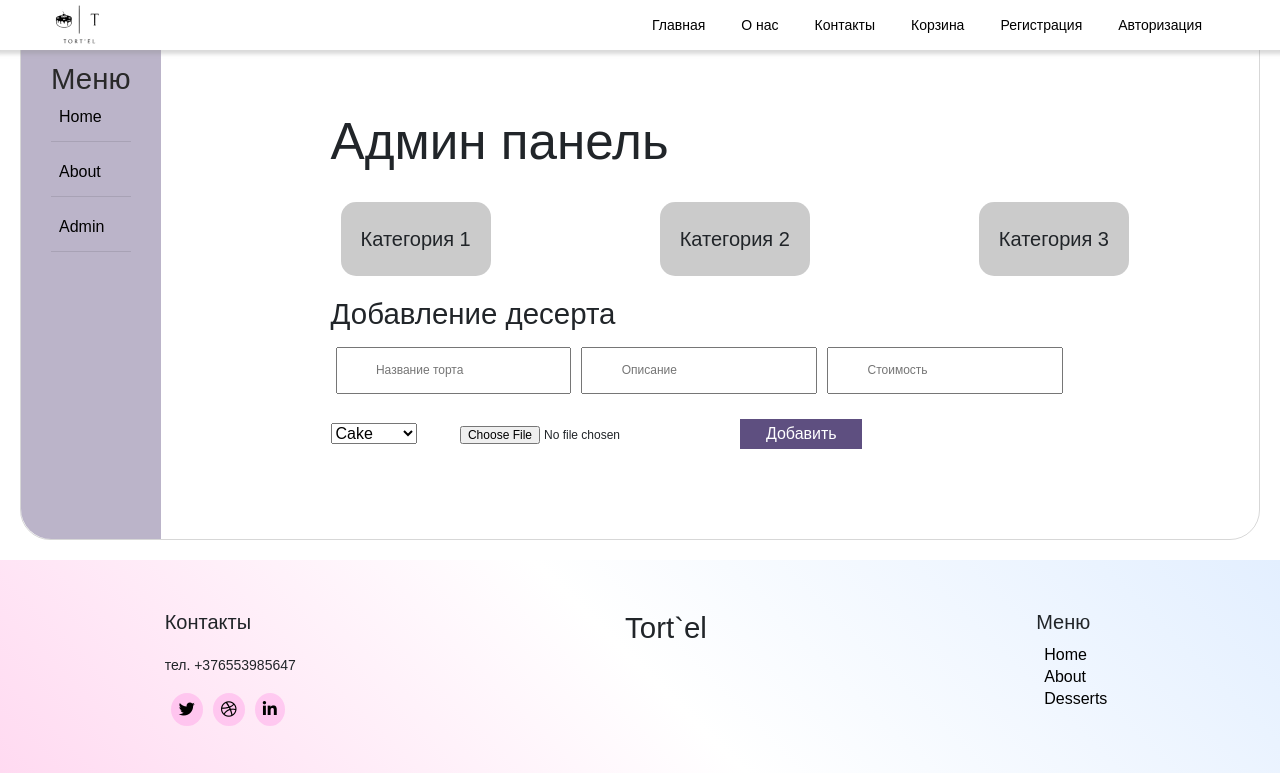
Repository: KseniaEryze/DiplomToday
Page: /admin
The author's editor kept a copy of each file at every save. The page is drawn from the files as they stood at one save, then again after the next save.
The browser window is 1280 px wide. The pictures show the whole page.
The page's requests for data from a server got no answer. The project was rebuilt for these pictures with package versions that can differ from the ones it lists, and the page was loaded fresh each time. No one was signed in, and anything a server would have sent is missing. Also part of the build but not shown: src/App.css, src/components/Slider/Slider.jsx, src/pages/About/about.css, src/components/Galery/main.css, src/components/Galery/Gallery.jsx, src/pages/About/About.jsx, src/components/Categories/categories.css, src/components/Categories/Categories.jsx and 18 more.

Above is the page before, as saved 2024-09-25 10:29:13.

### public/index.html
<!DOCTYPE html>
<html lang="en">
  <head>
    <meta charset="utf-8" />
    <link rel="stylesheet" href="https://stackpath.bootstrapcdn.com/bootstrap/4.1.3/css/bootstrap.min.css" integrity="sha384-MCw98/SFnGE8fJT3GXwEOngsV7Zt27NXFoaoApmYm81iuXoPkFOJwJ8ERdknLPMO" crossorigin="anonymous">
    <link rel="stylesheet" href="https://cdnjs.cloudflare.com/ajax/libs/font-awesome/5.15.1/css/all.min.css" integrity="sha512-+4zCK9k+qNFUR5X+cKL9EIR+ZOhtIloNl9GIKS57V1MyNsYpYcUrUeQc9vNfzsWfV28IaLL3i96P9sdNyeRssA==" crossorigin="anonymous" />

    <link rel="icon" href="%PUBLIC_URL%/favicon.ico" />
    <meta name="viewport" content="width=device-width, initial-scale=1" />
    <meta name="theme-color" content="#000000" />
    <meta
      name="description"
      content="Web site created using create-react-app"
    />
    <link rel="apple-touch-icon" href="%PUBLIC_URL%/logo192.png" />
    <!--
      manifest.json provides metadata used when your web app is installed on a
      user's mobile device or desktop. See https://developers.google.com/web/fundamentals/web-app-manifest/
    -->
    <link rel="manifest" href="%PUBLIC_URL%/manifest.json" />
    <!--
      Notice the use of %PUBLIC_URL% in the tags above.
      It will be replaced with the URL of the `public` folder during the build.
      Only files inside the `public` folder can be referenced from the HTML.

      Unlike "/favicon.ico" or "favicon.ico", "%PUBLIC_URL%/favicon.ico" will
      work correctly both with client-side routing and a non-root public URL.
      Learn how to configure a non-root public URL by running `npm run build`.
    -->
    <title>React App</title>
  </head>
  <body>
    <noscript>You need to enable JavaScript to run this app.</noscript>
    <div id="root"></div>
    <!--
      This HTML file is a template.
      If you open it directly in the browser, you will see an empty page.

      You can add webfonts, meta tags, or analytics to this file.
      The build step will place the bundled scripts into the <body> tag.

      To begin the development, run `npm start` or `yarn start`.
      To create a production bundle, use `npm run build` or `yarn build`.
    -->
  </body>
</html>

### src/index.js
import React from 'react';
import ReactDOM from 'react-dom/client';
import './index.css';
import App from './App';
import {BrowserRouter, BrowserRouter as Router} from 'react-router-dom'
import { Provider } from 'react-redux';
import {store}  from 'store';
import './firebase';
import Footer from 'Footer/Footer';




const root = ReactDOM.createRoot(document.getElementById('root'));
root.render(
  <React.StrictMode>
   <BrowserRouter>
    <Provider store = {store}>

          <App />
          <Footer></Footer>

    </Provider>
   </BrowserRouter>
</React.StrictMode>


);

### src/index.css

html, body, div, span, applet, object, iframe,
h1, h2, h3, h4, h5, h6, blockquote, pre,
a, abbr, acronym, address, big, cite, code,
del, dfn, em, img, ins, kbd, q, s, samp,
small, strike, strong, sub, sup, tt, var,
b, u, i, center,
dl, dt, dd, ol, ul, li,
fieldset, form, label, legend,
table, caption, tbody, tfoot, thead, tr, th, td,
article, aside, canvas, details, embed,
figure, figcaption, header, hgroup,
menu, nav, output, ruby, summary,
time, mark, audio, video {
	margin: 0;
	padding: 0;
	border: 0;
	/* font-size: 100%;
	font: inherit; */
	vertical-align: baseline;
}
article, aside, details, figcaption, figure,
footer, header, hgroup, menu, nav, section {
	display: block;
}
html {
	height: 100%;
}
body {
	line-height: 1;
}
ol, ul {
	list-style: none;
}
blockquote, q {
	quotes: none;
}
blockquote:before, blockquote:after,
q:before, q:after {
	content: '';
	content: none;
}
table {
	border-collapse: collapse;
	border-spacing: 0;
}
body {
  margin: 0;
  font-family: -apple-system, BlinkMacSystemFont, 'Segoe UI', 'Roboto', 'Oxygen',
    'Ubuntu', 'Cantarell', 'Fira Sans', 'Droid Sans', 'Helvetica Neue',
    sans-serif;
  -webkit-font-smoothing: antialiased;
  -moz-osx-font-smoothing: grayscale;
}

code {
  font-family: source-code-pro, Menlo, Monaco, Consolas, 'Courier New',
    monospace;
}

h1{
  padding: 20px 0;
  font-size: 4vw;
}
h2 ,h3 ,h4{
  padding: 10px 0;
  font-size: 2vw;
}
h3{
    font-size: 2.3vw;
}
h4{
    font-size:20px
}
p{
	font-size: 1.2vw;
	line-height: 1.8vw;

}

button a{
	color: aliceblue;
}

*{
	font-family: "Philosopher", sans-serif;
	font-weight: 400;
	font-style: normal;
}

.pagination-container {
    margin: 3vw 3vw;
}

section{}
@import url('https://fonts.googleapis.com/css2?family=Philosopher:ital,wght@0,400;0,700;1,400;1,700&display=swap');

@media(max-width: 500px) {
	h1{
        font-size: 7vw;
    }
}

@media(max-width: 900px) {
	h1{
        font-size: 5vw;
    }
}

### src/store/index.js
import { configureStore } from "@reduxjs/toolkit";
import userReducer from '../store/slices/userSlice'
import cakeReducer from '../store/slices/cakeSlice'


export const store = configureStore({
    reducer: {
        user: userReducer,
        cake: cakeReducer
    }
});

### src/firebase.js
import {initializeApp} from 'firebase/app'

const firebaseConfig = {
    apiKey:'AIzaSyBbu4rErtGpIe7zjlWFqBlYvekbwFZLcaE',
    authDomain: process.env.REACT_APP_FIREBASE_AUTH_DOMAIN,
    projectId: process.env.REACT_APP_FIREBASE_PROJECT_ID,
    storageBucket: process.env.REACT_APP_FIREBASE_STORAGE_BUSCKET,
    messagingSenderId: process.env.REACT_APP_FIREBASE_MESSAGING_SENGER_ID,
    appId: 'diesel-polymer-419114'
}

const app = initializeApp(firebaseConfig)

### src/Footer/Footer.jsx
import React from 'react'
import { Link } from 'react-router-dom'
import './footer.css'

function Footer() {
  return (

    <footer>
      <div className='footer'>
      <div> <h4>Контакты</h4>
        <div>
          <p>тел.   +376553985647</p>

          <ul class="social-icons">
            <li><a class="twitter" href="#"><i class="fab fa-twitter"></i></a></li>
            <li><a class="dribbble" href="#"><i class="fab fa-dribbble"></i></a></li>
            <li><a class="linkedin" href="#"><i class="fab fa-linkedin-in"></i></a></li>
          </ul>
        </div>
      </div>


      <div>
        <h3>Tort`el</h3>
      </div>
      <div>
        <h4>Меню</h4>
        <ul>
             <li>
                 <Link to="/">Home</Link>
             </li>
             <li>
               <Link to="/about">About</Link>
             </li>
             <li>
                 <Link to="/desserts">Desserts</Link>
             </li>

         </ul>

      </div>
       </div>
    </footer>

  )
}

export default Footer

### src/Header/Header.jsx
import React, { useState } from 'react'
import { Link } from 'react-router-dom'
import logo from './img/logoBlack.png'
import './header.css'
import menu from './img/hamburger.png'

function Header() {
  const [accountAuth, setAccountAuth] = useState(false)
  const [isOpen, setIsOpen] = useState()
  return (
    <div className='header'>

      <div className='logo'>
          <Link to="/"><img src={logo}/></Link>
      </div>

      <nav className={`header_nav ${isOpen ? `active` : ``}`}>
          <ul className='header_nav-list'>
             <li className='header_nav-item'>
                 <Link to="/">Главная</Link>
             </li>

             <li className='header_nav-item'>
               <Link to="/about">О нас</Link>
             </li>

             <li className='header_nav-item'>
               <Link to="/contacts">Контакты</Link>
             </li>
             <li className='header_nav-item'>
               <Link to="/basket">Корзина</Link>
             </li>
              <li className='header_nav-item wrapper-login'>
                <Link to="/register" accountAuth={accountAuth}>Регистрация</Link>
              </li>
              <li className='header_nav-item'>
                <Link to="/login"> Авторизация </Link>
              </li>
            </ul>
         </nav>
         <button className='header_menu-button' onClick={() => setIsOpen(!isOpen)}></button>
     </div>
   )
 }

 export default Header

### src/Admin/page/AdminMain.jsx
import React, { useState } from 'react'
import AdminHeader from './AdminHeader/AdminHeader'
import './adminMain.css'
import CategoriesAdmin from 'Admin/component/CategoriesAdmin'
import { v4 as uuidv4, v4 } from 'uuid';

function AdminMain() {

  const [name, setName] = useState('')
  const [description, setDescription] = useState('')
  const [cost, setCost] = useState('')
  const [category, setCategories] = useState('cake') //  Инициализируем по умолчанию "cake"
  const [image, setImage] = useState(null)

  const adminCategories = [
    {id:1, nameCategory:'Категория 1'},
    {id:2, nameCategory:'Категория 2'},
    {id:3, nameCategory:'Категория 3'}
  ]

  const categoriesOptions = [
    { value: 'cake', label: 'Cake' },
    { value: 'cupcake', label: 'Cupcake' },
    { value: 'mochi', label: 'Mochi' }
  ];

  const handleSubmit = (e) => {
    e.preventDefault()

    const fileReader = new FileReader();

    fileReader.onload = (e) => {
      // Сохранить данные изображения в localStorage
      const myObj = {
        id: v4(),
        title: name,
        derection: description,
        cost: cost,
        category: category, //  Используйте `category` из состояния
        img: e.target.result
      };
      let oldItems = JSON.parse(localStorage.getItem('info')) || [];
      oldItems.push(myObj);
      localStorage.setItem('info', JSON.stringify(oldItems));

      // Очистить поля формы после отправки
      setName('');
      setDescription('');
      setCost('');
      setCategories('cake'); //  Вернуть `category` в начальное значение
      setImage(null);
    }

    // Прочитать изображение
    if (image) {
      fileReader.readAsDataURL(image);
    }
  }

  return (
    <div className='wrapper-adminPage'>
      <AdminHeader></AdminHeader>
      <div className='wrapper-content'>
        <h1>Админ панель</h1>
        <div className='wrapper-adnin_categorisMenu'>
          {adminCategories.map(categoriesAdmin => <CategoriesAdmin key={categoriesAdmin.key} adminCategories={categoriesAdmin}></CategoriesAdmin> )}
        </div>
        <h3>Добавление десерта</h3>
        <form onSubmit={handleSubmit}>
          <input name="Название торта'"
                 value={name}
                 onChange={(e) => setName(e.target.value)}
                 placeholder = 'Название торта'/>
          <input name="Описание"
                 value={description}
                 onChange={(e) => setDescription(e.target.value)}
                 placeholder = 'Описание'/>
          <input name="Стоимость"
                 value={cost}
                 onChange={(e) => setCost(e.target.value)}
                 placeholder = 'Стоимость'/>
          <select name="Категория"
                  value={category}
                  onChange={(e) => setCategories(e.target.value)}>
            {categoriesOptions.map(option => (
              <option key={option.value} value={option.value}>
                {option.label}
              </option>
            ))}
          </select>
          <input type="file"
                 onChange={(e) => setImage(e.target.files[0])}
                 placeholder = 'Картинка'/>
          <button type="submit" >Добавить</button>
        </form>
      </div>
    </div>
  )
}

export default AdminMain

### src/store/slices/userSlice.js
import {createSlice} from '@reduxjs/toolkit'

const initialState = {
    name:null,
    email:null,
    token: null,
    id: null
}

const userSlice = createSlice({
    name:'user',
    initialState,
    reducers:{
        setUser(state, action){
            state.name = action.payload.name;
            state.email = action.payload.email;
            state.token = action.payload.token;
            state.id = action.payload.id;
        },
        removeUser(state){
            state.name =null;
            state.email =null;
            state.token = null;
            state.id = null;
        }

    }

})

export const {setUser,removeUser} = userSlice.actions;

export default userSlice.reducer;

### src/store/slices/cakeSlice.js
import {createSlice} from '@reduxjs/toolkit'

const initialState = {
    name:null,
    desctiprion: null,
    cost: null,
    category: null,
    image: null,
    id: null
}

const cakeSlice = createSlice({
    name:'cake',
    initialState,
    reducers:{
        setCake(state, action){
            state.name = action.payload.name;
            state.desctiprion = action.payload.desctiprion;
            state.cost = action.payload.cost;
            state.category = action.payload.category;
            state.image = action.payload.image;
            state.id = action.payload.id;
        }

    }

})
console.log(cakeSlice.actions)

export const {setCake} = cakeSlice.actions;

export default cakeSlice.reducer;

### src/Footer/footer.css
li{
    padding: 3px 0px;
}
.social-icons {
    text-align: right;
    display: flex;
    justify-content: flex-start;
    align-items: center;
    }
 .social-icons a {
    width: 40px;
    height: 40px;
    line-height: 40px;
    margin-right: 10px;
    border-radius: 100%;
    background-color: #ff5ed73d;

    }

    .social-icons:nth-child(n + 2){
        margin-left: 6px;
    }

    footer p {
        margin: 10px 0 ;
        font-size: 14px;
    }
    footer{
        padding: 20px 0;
    }

### src/components/Slider/main.css
.wrapper-slide{
    display: flex;
    justify-content: center;
    flex-direction: column;
    align-items: center;

    padding: 30px;
}
button{
    padding: 0%;
    margin: 0;
}

.react-slideshow-container .default-nav:last-of-type {
    margin-left: -30px;
    background: rgb(0, 0, 0);
}

.wrapper-slide p{
    margin: 8px;
    padding: 0px;
}
.slide-imade{
    width: 80px;
    height: 80px;
    border-radius: 100%;
}

.react-slideshow-container .default-nav:last-of-type {
    margin-left: -30px;

    /* background: url(./img/icons8-стрелка-100\ \(2\).png) no-repeat; */
}

.react-slideshow-container .default-nav:first-of-type {

    /* background: url(./img/icons8-стрелка-100\ \(3\).png)no-repeat; */
}
/* .react-slideshow-container {
    background-color: black;
    color: aliceblue;
} */
.slide-container button{

    padding: 0px 0px;
    margin-right: 10px;
    margin-top: 30px;
}

### src/Header/header.css

.header{
    position: fixed;
    left: 0;
    top: 0;
    display: flex;
    align-items: center;
    width: 100%;
    padding: 0px 20px;
    height: 50px;
    background-color: white;
    box-shadow: 0 0 4px 4px rgba(136, 136, 136, 0.322);
    z-index: 1;
    color: black;
}

.header_nav{
    margin-left: auto;
    margin-right: 50px;
}

.header_nav-list{
    display: flex;
    list-style: none;
}

.header_nav-item{
    font-size: 14px;
    line-height: 1;
    color: black;
}

.header_nav-item:nth-child(n + 2){
    margin-left: 20px;
}

.header_menu-button{
    display: none;
}

@media(max-width: 576px){
.header_nav.active{
        transform: translateX(225px);
    }

    .header_nav{
        position: fixed;
        top: 0;
        left: -225px;
        display: flex;
        flex-direction: column;
        width:225px;
        height: 100%;
        background-color: white;
        border-radius: 16px 0 16px 0;
        transition-timing-function: linear;
    };

    .header_nav-list{
        display: flex;
        list-style: none;
    }

    .header_nav-list{
        flex: 1;
        display: flex;
        flex-direction: column;
        padding-top: 40px;
        padding-left: 60px;
    }

    .header_nav-item{
        margin: 10px 0px;
    }
    .header_nav-item:nth-child(n + 2){
        margin-left: 0;
    }

    .header_menu-button{
        display: block;
        margin: 0 11vw 0 auto;
        width: 24px;
        height: 24px;
        background-image: url(./img/hamburger.png);
        padding: 0;
        border: 0;
    }

}

### src/pages/Home/main.css
.footer{
    width: 100%;
    display: flex;
    justify-content: space-around;
    align-items: start;
    margin: 0;
    padding: 20px 0;
}
section{
    padding-top: 100px;
}
section, footer{
    background: -webkit-linear-gradient(45deg, rgb(255, 218, 241), rgb(255, 255, 255), rgb(227, 239, 255));
    background: -moz-linear-gradient(45deg, rgb(255, 218, 241), rgb(255, 255, 255), rgb(227, 239, 255));
    background: linear-gradient(45deg, rgb(255, 218, 241), rgb(255, 255, 255), rgb(227, 239, 255));



}
button{
    border: none;
    background-color: #362361cc;
    /* #928d3c */
    color: white;
    padding: 15px 30px;
    margin-right: 10px;

}
.block_header{
    background: url('./img/tort-muss-iagody-malina-rozy-desert.jpg') no-repeat;
    background-size: cover;
    height: 600px;
    padding-top: 0;

    display: flex;
    justify-content: start;
    align-items: center;
}

.block_header-info{
    margin-left: 200px;

}



.category{
    display: flex;
    justify-content: center;
    align-items: center;
    flex-direction: column;

}

.category_list{
    display: flex;
    justify-content: center;

    margin: 0 100px;

}




.advantages{
    display: flex;
    justify-content: center;
    align-items: center;


    background: -webkit-linear-gradient(45deg, rgb(255, 218, 241), rgb(255, 255, 255),rgb(255, 218, 241) rgb(227, 239, 255));
    background: -moz-linear-gradient(45deg, rgb(255, 218, 241), rgb(255, 255, 255), rgb(227, 239, 255));
    background: linear-gradient(120deg, rgb(255, 218, 241), rgb(255, 255, 255), rgb(227, 239, 255));

}
.advantages .order{
    background: url('./img/Без\ имени-1.png') no-repeat;
    background-size: cover;
    width: 380px;
    height: 415px;

}
.advantages p{
     word-wrap:break-word
}
.order{

    color: black;
    display: flex;
    justify-content: center;
    align-items: center;
    flex-direction: column;
    margin-left: 100px;
}

.description-list_point{
    display: flex;

    align-items: center;
}
.description-list_point img{
    margin-right: 25px;
    width: 50PX;
}



.tabs_wrapper{
    display: flex;
    justify-content: center;
    align-items: center;
    width: 100%;
}



.footerLogo{
    width: 200px;
}


.block_header-info{
    color: rgb(41, 41, 41);
}
@media (max-width: 800px) {
.calculation{
    display:none;
    visibility: hidden;
}
.wrapper-home{
    width: 100vw;
}
.menu{
    display: none;
}
}

@media(max-width: 500px){
    .block_header-info{
        margin-left: 15vw;
    }
   .block_header{
        height: 400px;
   }
}

### src/components/Authorization/main.css
.wrapper-center, .authorization-form {
    display: flex;
    justify-content: center;
    flex-direction: column;
}
.wrapper-center{
    padding-top: 100px;
    align-items: center;
    width: 100%;
    padding-bottom: 100px;
}
.authorization-form {
   width: 35vw;
}
input{

    padding: 2vh 3vw;
    margin: 5px;
}
button{
	margin: 20px 10px;
    padding: 1vh 2vw;
}

### src/Admin/page/AdminHeader/AdminHeader.jsx
import React from 'react'
import { Link } from 'react-router-dom'
import './header.css'

function AdminHeader() {
  return (
    <div className='admin-wrapper_menu'>
    <h3>Меню</h3>

    <ul>
            <li className='admin-menu'>
                 <Link to="/admin">Home</Link>
                 <hr></hr>
             </li>
              <li className='admin-menu'>
               <Link to="/admin">About</Link>
               <hr></hr>
             </li>

             <li className='admin-menu'>
                 <Link to="/admin">Admin</Link>
                 <hr></hr>
             </li>
        </ul>
    </div>
  )
}

export default AdminHeader

### src/Admin/page/adminMain.css
header,
main {
  padding-left: 240px;
}

body {
  background: white;
}

@media only screen and (max-width: 992px) {
  header,
  main,
  footer {
    padding-left: 0;
  }
}
a{
    text-decoration: none;
}

#credits li,
#credits li a {
  color: white;
}

#credits li a {
  font-weight: bold;
}

.footer-copyright .container,
.footer-copyright .container a {
  color: #BCC2E2;
}

.fab-tip {
  position: fixed;
  right: 85px;
  padding: 0px 0.5rem;
  text-align: right;
  background-color: #323232;
  border-radius: 2px;
  color: #FFF;
  width: auto;
}


.main {
  height: 400px;
  padding: 10px;
}

.dropdown_button {
  border: none;
  cursor: pointer;
  width: 200px;
  font-family: montserrat;
  border: 1px solid #ffffff;
}

.courses {
  display: none;
  position: absolute;
  background-color: #f1f1f1;
  min-width: 200px;
  box-shadow: 0px 8px 16px 0px rgba(0, 0, 0, 0.2);
  z-index: 1;
}

.courses li {

  text-decoration: none;
  display: block;
  list-style: none;
  background-color: rgb(47, 47, 47);
  font-family: montserrat;
  border: 1px solid white;
}

.courses li a {
  text-decoration: none;
  color: white;
  display: block;
  padding: 5px;
}

.courses li:hover {
  background-color: #0979ad;
  color: white;
}

.admin-form{
  display: flex;
  justify-content: center;
  flex-direction: column;
  align-items: center;
  margin-top: 80px;
}

.admin-text_item{
  width: 300px;
  display: flex;
  justify-content: space-around;
  align-items: center;
  margin: 10px;
}

.admin-text_item input,label{
  width: 80px;
  margin: 5px;
}
.wrapper-adminPage{
  display: flex;
  margin: 20px;
  border: 1px solid rgba(0, 0, 0, 0.158);
  padding-right: 50px;

  border-radius: 30px ;
}


.wrapper-adnin_categorisMenu{
  display: flex;
  justify-content: space-between ;
}

### src/Admin/component/CategoriesAdmin.jsx
import React from 'react'
import './styleCategories.css'
import PropTypes from 'prop-types';


function CategoriesAdmin({adminCategories}) {

  return (
    <div className='category-block'>
      <h4>{adminCategories.nameCategory}</h4>
    </div>
  )
}

CategoriesAdmin.propTypes = {
  adminCategories: PropTypes.object,
};

export default CategoriesAdmin

### src/pages/Desserts/css/main.css
.wrapper-dessrts{
    display: flex;
    justify-content: space-around;
    align-content: center;

    margin: 100px 50px;
}

.calculation{
    margin-left: 40px;
    width: 25%;
}
.calculation p,input,label{
    font-size: 12px;
}
.calculation h4{
    font-size: 13px;
    margin: 5px;
}

.cards{
    display: flex;
    flex-flow: row wrap;
    justify-content: space-evenly;
    width: 60%;

}
.card{
    display: flex;
    justify-content: center;
    flex-direction: column;
    align-items: center;
    border: 0.5px solid #ff9f929f;
    border-radius: 7px;
    box-shadow: 0px 5px 10px 0px rgba(0, 0, 0, 0.1);

    padding: 10px;
    margin: 10px;
}

.card p{
    text-align: left;
}

.card img{
 width: 150px;

}

.cake{
    margin-top: 35px;
    width: 130px;
}
.like{
    display: flex;
    flex-direction: row-reverse;
    align-items: flex-end;
    position: relative;

}

.like img{
    width: 25px;
    height: 25px;
    position: absolute;
    left: 90px;
    top: 20px;

}
.title{
    text-align: left;
}

.card button{
    border: 0.5px solid #ff9f929f;
    border-radius: 5px;
    background: none;
    color: black;

}

### src/Admin/page/AdminHeader/header.css

.menu{
    display: flex;
    justify-content: space-around;
    align-items: center;
}

.menu li,a{
    list-style: none;
    text-decoration: none;
    padding: 8px;
    color: rgb(0, 0, 0);
}

.admin-wrapper_menu{
    margin-right: 100px;
    background-color: #36236156;
    color: rgb(41, 41, 41);
    border-radius: 30px 0px 0px 30px;
    padding: 30px;
    width: 12vw;
}
/* .admin-wrapper_menu li{
    border: 1px solid black;
} */

.wrapper-content{
    padding: 70px;
}

### src/Admin/component/styleCategories.css
.category-block{
    padding: 15px 20px;

    background-color: rgba(0, 0, 0, 0.205);
    margin: 10px;
    border-radius: 15px;
}
.category-block:hover{
    background: rgb(197, 151, 186);
}

Loaded but not shown: src/App.js (39 lines, source omitted)

After the next save:
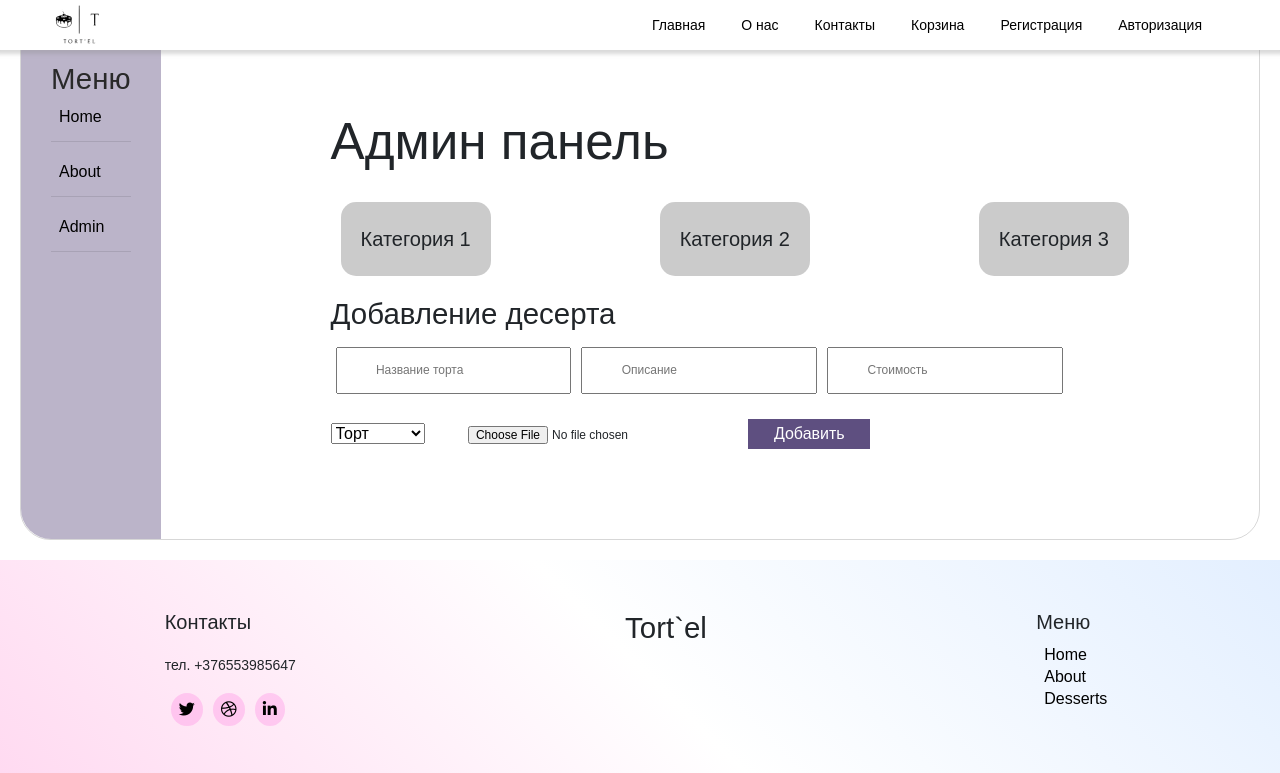
Saved 13 min 30 s later.
--- a/src/Admin/page/AdminMain.jsx
+++ b/src/Admin/page/AdminMain.jsx
@@ -19,9 +19,9 @@ function AdminMain() {
   ]
 
   const categoriesOptions = [
-    { value: 'cake', label: 'Cake' },
-    { value: 'cupcake', label: 'Cupcake' },
-    { value: 'mochi', label: 'Mochi' }
+    { value: 'cake', label: 'Торт' },
+    { value: 'cupcake', label: 'Миниторт' },
+    { value: 'mochi', label: 'Моти' }
   ];
 
   const handleSubmit = (e) => {
